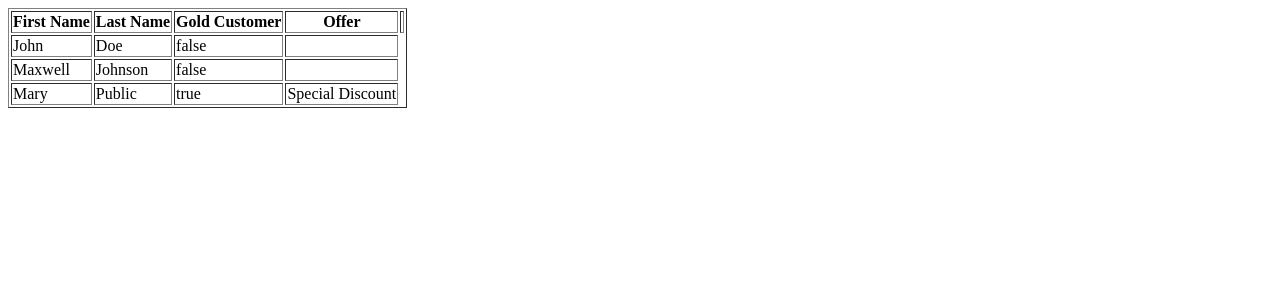
Repository: linhphan98/JavaDatabase
Page: http://localhost/JSTLtagDemo/if-Student.jsp
An editor plug-in stored every save of this project. The page is shown before and after the next save, followed by the edit.
The browser window is 1280 px wide. The pictures show the whole page.
The page is served by Tomcat 9.

Above is the page before, as saved 2020-01-14 19:09:04.

### JSTLtagDemo/WebContent/if-Student.jsp
<%@ taglib uri="http://java.sun.com/jsp/jstl/core" prefix = "c" %>
<%@ page import="java.util.*, jsp.tagDemo.Student" %>

<%
	// create some data
	List<Student> data = new ArrayList<>();

	data.add(new Student("John", "Doe", false));
	data.add(new Student("Maxwell", "Johnson", false));
	data.add(new Student("Mary", "Public", true));

	pageContext.setAttribute("myStudents", data);
%>

<html>
	<body>
	<table border="1">

		<tr>
			<th>First Name</th>
			<th>Last Name</th>
			<th>Gold Customer</th>
			<th>Offer<th>
		</tr>

		<c:forEach var="tempStudent" items="${myStudents}">

			<tr>
				<td> ${tempStudent.firstName} </td>
				<td> ${tempStudent.lastName} </td>
				<td> ${tempStudent.goldCustomer} </td>
				<td>
					<c:if test="${tempStudent.goldCustomer}">
						Special Discount
					</c:if>
				</td>
			</tr>

		</c:forEach>
	</table>

	</body>
</html>

### JSTLtagDemo/src/jsp/tagDemo/Student.java
package jsp.tagDemo;

public class Student {

	private String firstName, lastName;
	private boolean goldCustomer;

	public Student(String firstName, String lastName, boolean goldCustomer) {
		super();
		this.firstName = firstName;
		this.lastName = lastName;
		this.goldCustomer = goldCustomer;
	}

	public void setGoldCustomer(boolean goldCustomer) {
		this.goldCustomer = goldCustomer;
	}
	public void setFirstName(String firstName) {
		this.firstName = firstName;
	}
	public void setLastName(String lastName) {
		this.lastName = lastName;
	}

	public String getFirstName() {
		return firstName;
	}
	public String getLastName() {
		return lastName;
	}
	public boolean isGoldCustomer() {
		return goldCustomer;
	}

}

After the next save:
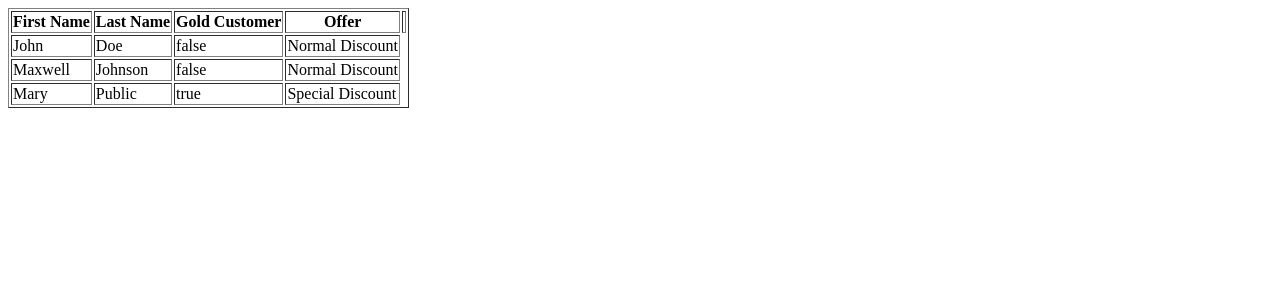
Saved 47 s later.
--- a/JSTLtagDemo/WebContent/if-Student.jsp
+++ b/JSTLtagDemo/WebContent/if-Student.jsp
@@ -33,6 +33,10 @@
 					<c:if test="${tempStudent.goldCustomer}">
 						Special Discount
 					</c:if>
+
+					<c:if test="${not tempStudent.goldCustomer}">
+						Normal Discount
+					</c:if>
 				</td>
 			</tr>
 
